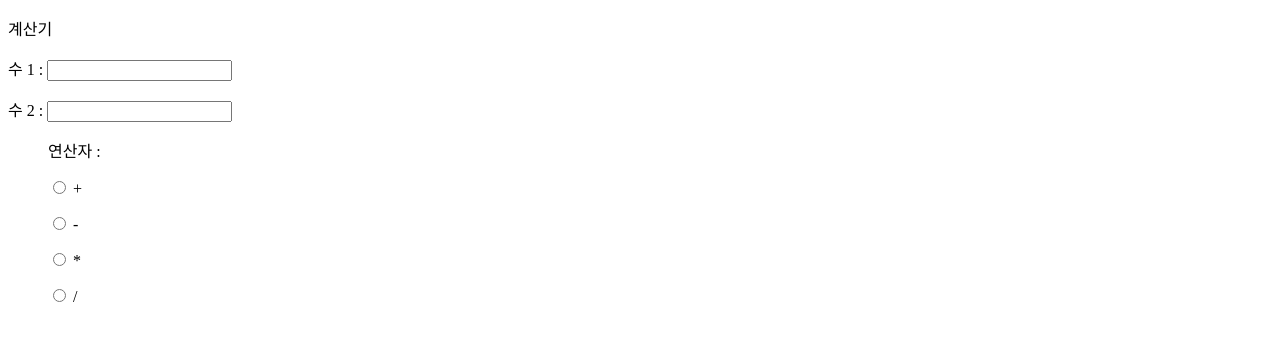
Repository: wjsjsn/23_jspstudy
Page: 01_servlet/src/main/webapp/view/ex07.html
The author's editor kept a copy of each file at every save. The page is drawn from the files as they stood at one save, then again after the next save.
The browser window is 1280 px wide. The pictures show the whole page.

Above is the page before, as saved 2023-06-30 04:07:26.

After the next save:
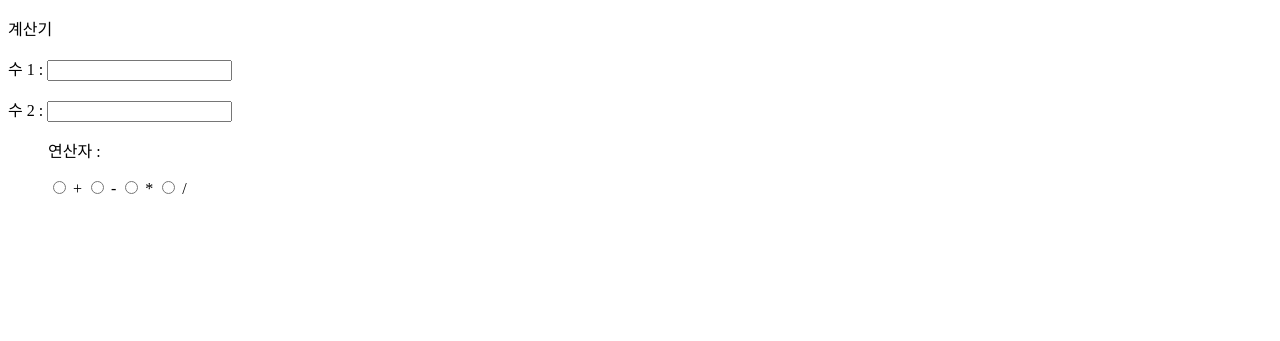
Saved 20 s later.
--- a/01_servlet/src/main/webapp/view/ex07.html
+++ b/01_servlet/src/main/webapp/view/ex07.html
@@ -10,10 +10,10 @@
 		<p><label>수 2 : </label><input type="number" name="su2" id="su2" required></p>
 		<ul type="radio">
         <label>연산자 : </label>
-		<p><input type="radio"> + </p>
-		<p><input type="radio"> - </p>
-		<p><input type="radio"> * </p>
-		<p><input type="radio"> / </p>
+		<p><input type="radio"> +
+		<input type="radio"> -
+		<input type="radio"> *
+		<input type="radio"> / </p>
 
 
 		</ul>
